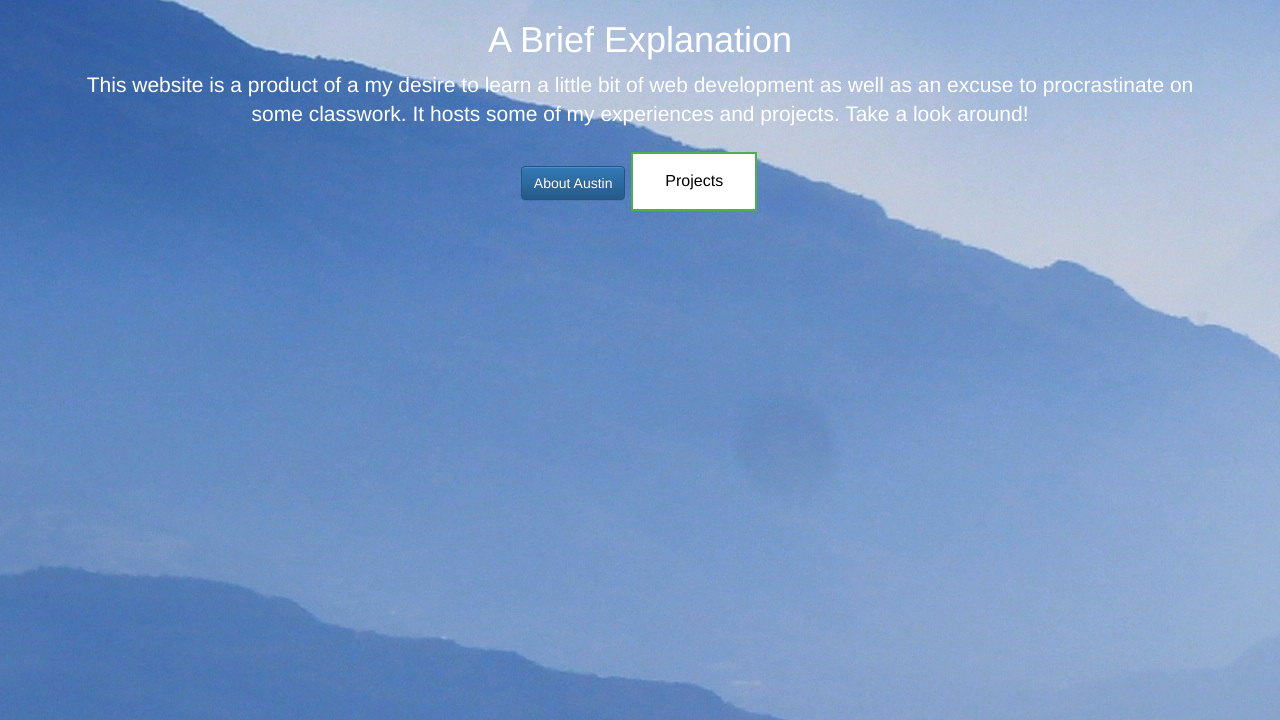
Repository: austinHerring/PersonalWebsite
Page: PersonalWebsite/WebContent/index.html
An editor plug-in stored every save of this project. The page is shown before and after the next save, followed by the edit.
The browser window is 1280 px wide. The pictures show the whole page.

Above is the page before, as saved 2016-06-12 22:27:30.

### PersonalWebsite/WebContent/index.html
<html>
	<head>
		<meta charset="utf-8"/>
		<title>Home - Austin</title>
		<link rel="stylesheet" href="css/bootstrap.min.css">
		<link rel="stylesheet" href="css/bootstrap-theme.min.css">
		<link rel="stylesheet" href="css/main.css">
	</head>
	<body>

		<div class="container" id="page-wrap">
			<div class="row">
				<div class="col-lg-12">
					<h1>A Brief Explanation</h1>
					<p class="lead">This website is a product of a my desire to learn a little bit of web development as well as an excuse to procrastinate on some classwork. It hosts some of my experiences and projects. Take a look around!</p>
				</div>
			</div>
			<div class="row">
				<div class="col-lg-12">
					<a class="btn btn-primary" href="about.html" role="button">About Austin</a>
					<a class="button button1" href="projects.html" role="button">Projects</a>
				</div>
			</div>
		</div>

		<div id="bg">
			<img src="images/background.jpg" alt="">
		</div>

		<script src="js/jquery.min.js"></script>
		<script src="js/bootstrap.min.js"></script>
	</body>
</html>

### PersonalWebsite/WebContent/css/main.css
body {
    width: 100%;
    height: 100%;
    text-align: center;
    color: #fff;
    background-color:#000;
}

#bg {
	position:fixed;
	top:-50%;
	left:-50%;
	width:100%;
	height:80%;
}

#bg img {
	position:absolute;
	top:0;
	left:0;
	right:0;
	bottom:0;
	margin:auto;
	min-width:50%;
	min-height:50%;
}

#page-wrap { position: relative; z-index: 2}

.button {
    background-color: #4CAF50; /* Green */
    border: none;
    color: white;
    padding: 16px 32px;
    text-align: center;
    text-decoration: none;
    display: inline-block;
    font-size: 16px;
    margin: 4px 2px;
    -webkit-transition-duration: 0.4s; /* Safari */
    transition-duration: 0.4s;
    cursor: pointer;
}

.button1 {
    background-color: white;
    color: black;
    border: 2px solid #4CAF50;
}

.button1:hover {
    background-color: #4CAF50;
    color: white;
}

Loaded but not shown: PersonalWebsite/WebContent/css/bootstrap.min.css (library); PersonalWebsite/WebContent/css/bootstrap-theme.min.css (library); PersonalWebsite/WebContent/js/jquery.min.js (library); PersonalWebsite/WebContent/js/bootstrap.min.js (library)

After the next save:
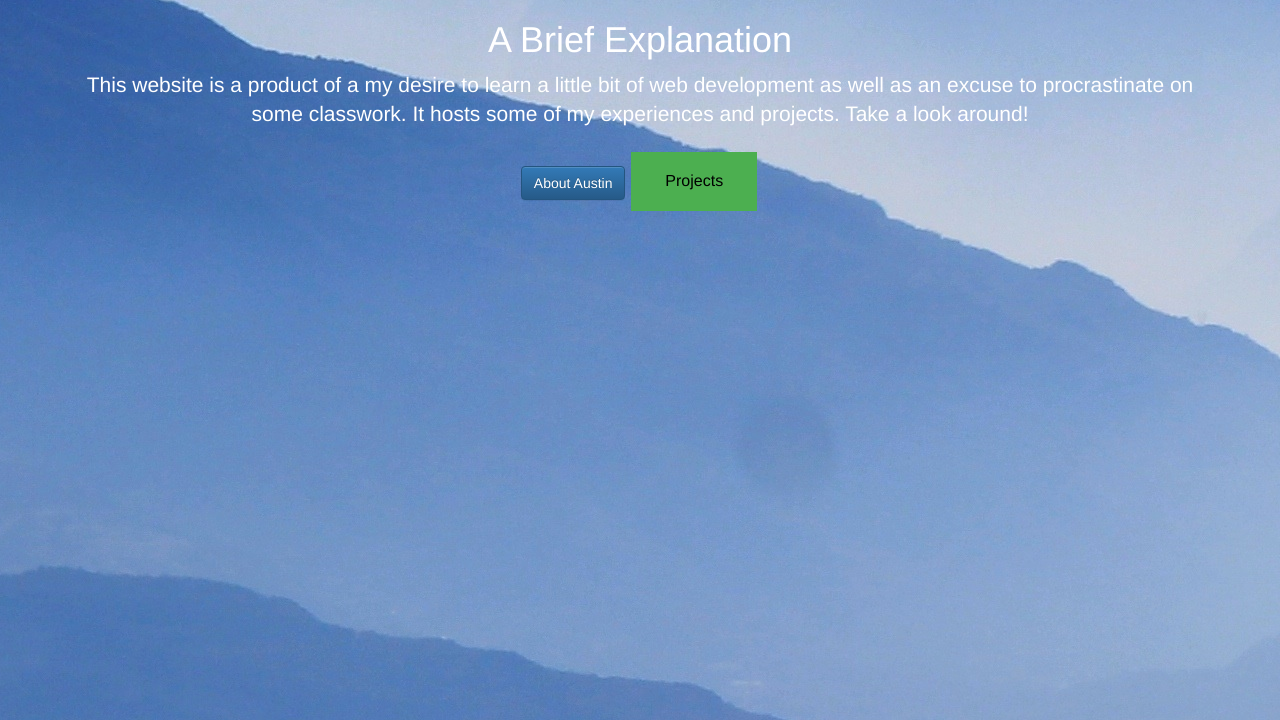
Saved 88 s later.
--- a/PersonalWebsite/WebContent/css/main.css
+++ b/PersonalWebsite/WebContent/css/main.css
@@ -43,12 +43,12 @@ body {
 }
 
 .button1 {
-    background-color: white;
+    background-color: #4CAF50;
     color: black;
     border: 2px solid #4CAF50;
 }
 
 .button1:hover {
-    background-color: #4CAF50;
+    background:rgba(0,0,0,0.5);
     color: white;
 }
